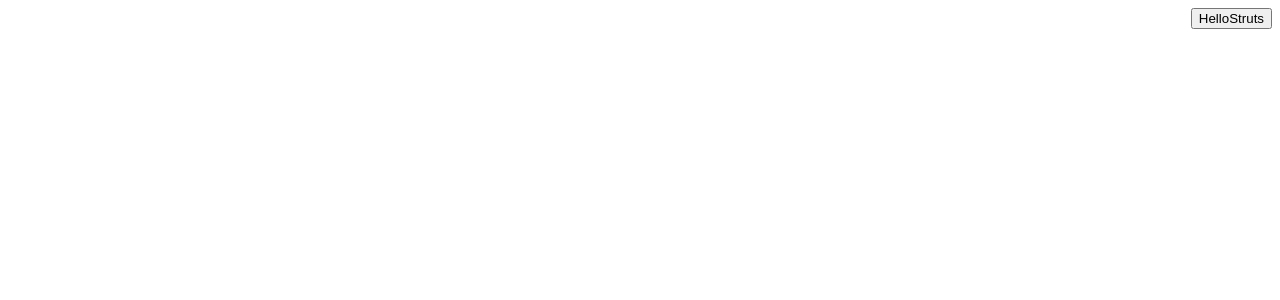
Repository: rt-1217/j2
Page: http://localhost/WebProj/
These files come from the project's save history. The page is drawn as it stood at one moment and after the next save; the edit follows.
The browser window is 1280 px wide. The pictures show the whole page.
The page is served by Tomcat 9.

Above is the page before, as saved 2018-04-20 08:47:08.

After the next save:
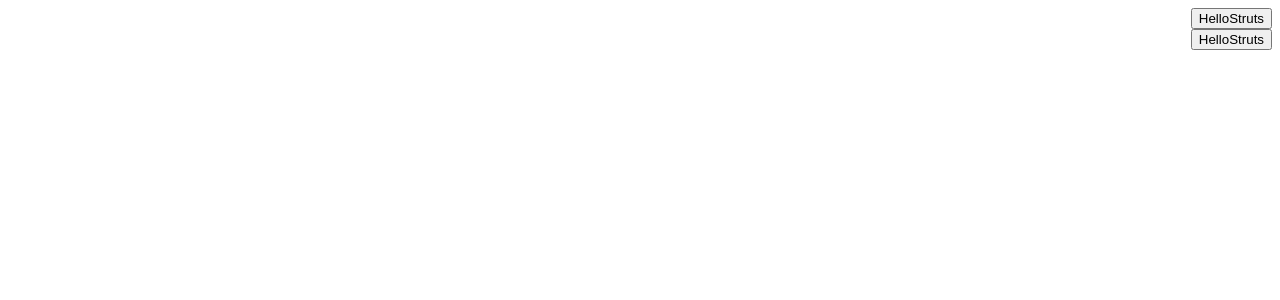
Saved 2 days later.
--- a/WebProj/WebContent/index.jsp
+++ b/WebProj/WebContent/index.jsp
@@ -13,6 +13,10 @@
 
 </form>
 
+<form action = "WelcomeAction">
+<s:submit value="HelloStruts"/>
+</form>
+
 
 
 </body>
